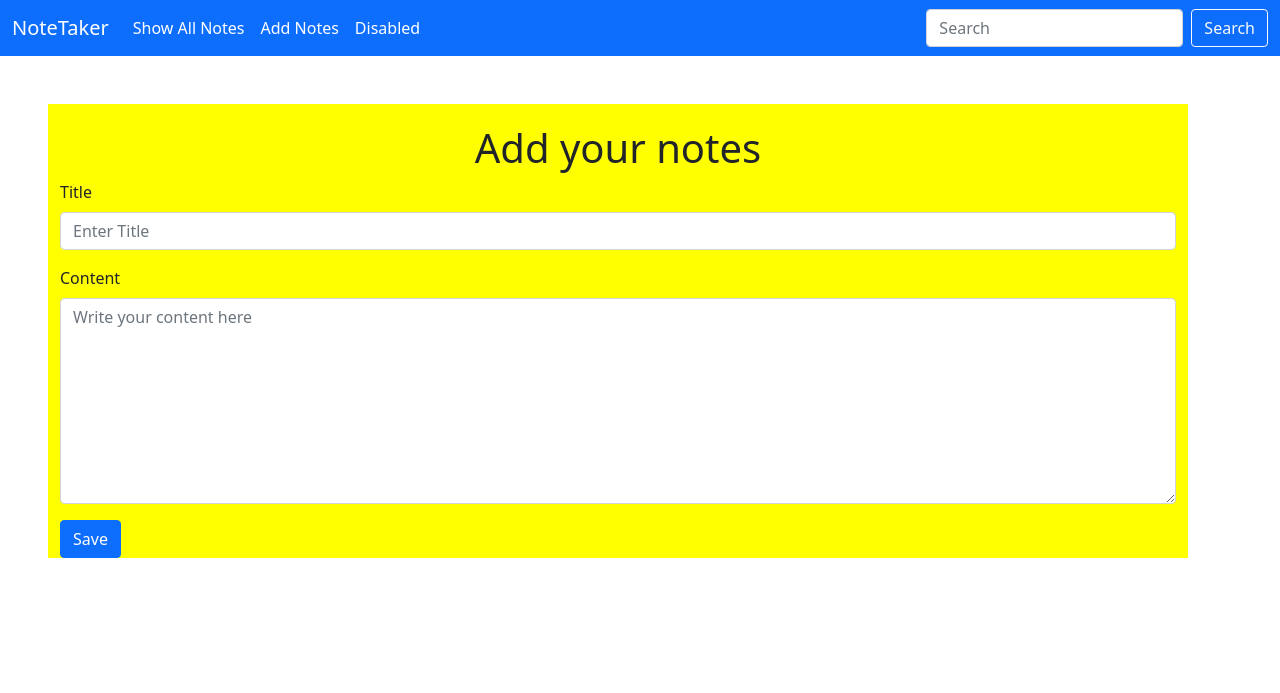
Repository: Shubham-Kumar-cmd/Hibernate
Page: http://localhost/NoteTakerApp/addNotes.jsp
These files come from the project's save history. The page is drawn as it stood at one moment and after the next save; the edit follows.
The browser window is 1280 px wide. The pictures show the whole page.
The page is served by Tomcat 9.

Above is the page before, as saved 2023-02-07 13:18:47.

After the next save:
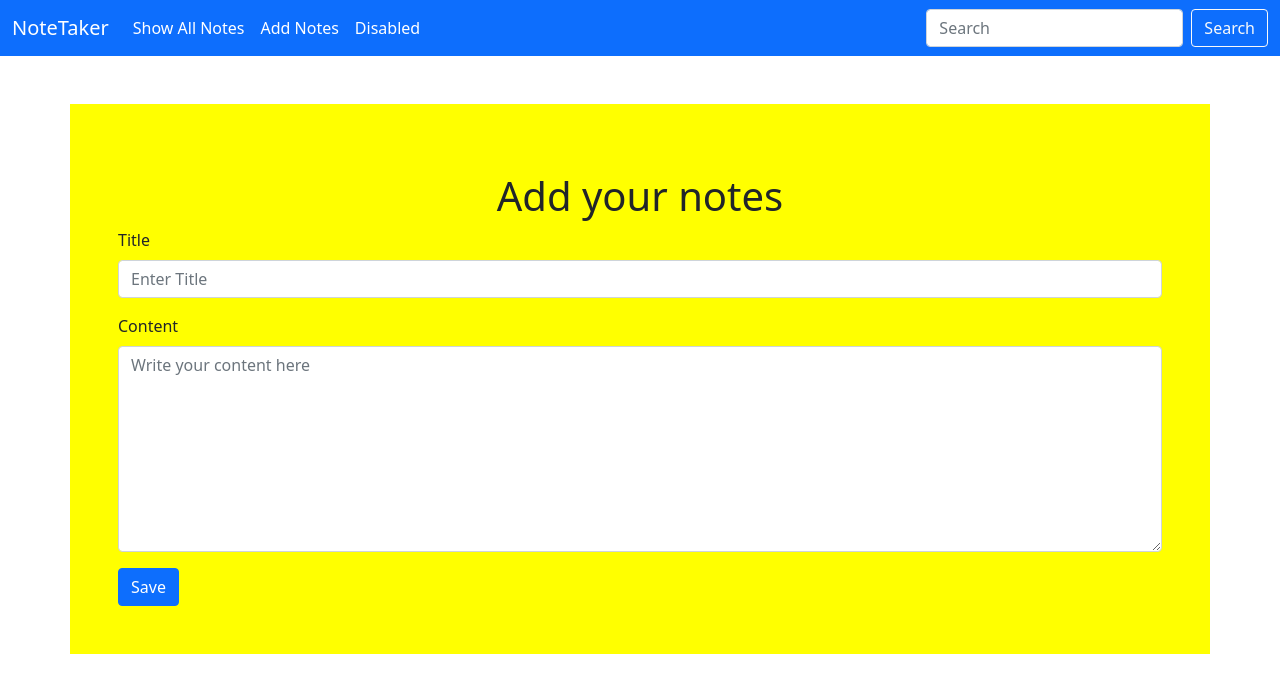
Saved 11 s later.
--- a/NoteTakerApp/src/main/webapp/addNotes.jsp
+++ b/NoteTakerApp/src/main/webapp/addNotes.jsp
@@ -15,7 +15,7 @@
 </head>
 <body>
 
-<div class="container mt-5 m-5">
+<div class="container mt-5 p-5">
 	<h1 class="title">Add your notes</h1>
 	<form action="" method="post">
 		<div class="mb-3">
